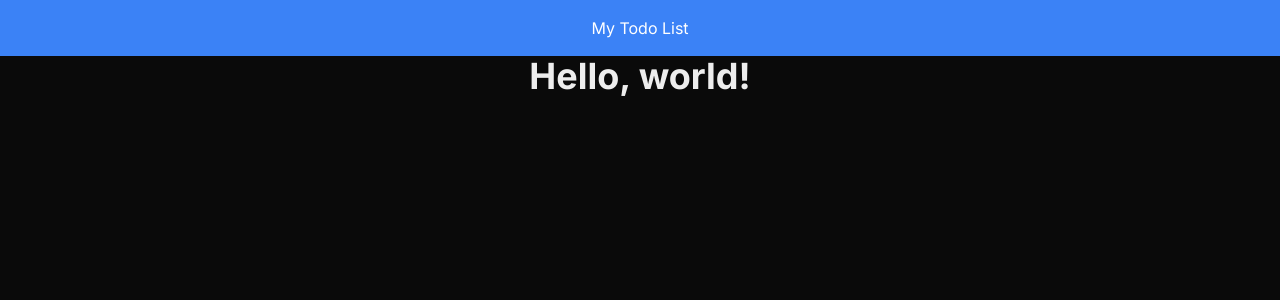
Repository: SergioAcostaTer/playas-canarias
Page: /
An editor plug-in stored every save of this project. The page is shown before and after the next save, followed by the edit.
The browser window is 1280 px wide. The pictures show the whole page.
The project was rebuilt for these pictures with package versions that can differ from the ones it lists, and the page was loaded fresh each time. The framework's server and built-in components were replaced by stand-ins that run in the browser. Also part of the build but not shown: next.config.ts.

Above is the page before, as saved 2025-01-29 11:01:54.

### src/app/layout.tsx
import type { Metadata } from "next";
import { Inter } from "next/font/google";
import "./globals.css";

const inter = Inter({
  variable: "--font-inter",
  subsets: ["latin"],
});

export const metadata: Metadata = {
  title: "Playas Canarias - Mapa de Playas con Valoraciones y Servicios",
  description:
    "Descubre todas las playas de Canarias con nuestro mapa interactivo. Consulta valoraciones, accesibilidad y servicios en cada playa.",
  applicationName: "Playas Canarias",
  keywords: [
    "playas Canarias",
    "mapa de playas",
    "playas España",
    "mejores playas Canarias",
    "playas accesibles",
    "turismo en Canarias",
    "valoraciones playas",
    "playas con bandera azul",
    "surf en Canarias",
    "vacaciones en Canarias",
  ],
  authors: [{ name: "Playas Canarias", url: "https://playas.canarycode.es" }],
  openGraph: {
    title: "Playas Canarias - Encuentra Tu Playa Perfecta",
    description:
      "Explora todas las playas de Canarias con nuestro mapa interactivo. Consulta valoraciones, accesibilidad y servicios en cada playa.",
    url: "https://playas.canarycode.es",
    siteName: "Playas Canarias",
    images: [
      {
        url: "https://playas.canarycode.es/og-image.jpg",
        width: 1200,
        height: 630,
        alt: "Playas Canarias - Mapa Interactivo",
      },
    ],
    locale: "es_ES",
    type: "website",
  },
  twitter: {
    card: "summary_large_image",
    title: "Playas Canarias - Encuentra Tu Playa Perfecta",
    description:
      "Explora todas las playas de Canarias con nuestro mapa interactivo. Consulta valoraciones, accesibilidad y servicios en cada playa.",
    site: "@playascanarias",
    creator: "@playascanarias",
    images: ["https://playas.canarycode.es/og-image.jpg"],
  },
  icons: {
    icon: "/favicon.ico",
    apple: "/apple-touch-icon.png",
  },
  manifest: "/site.webmanifest",
  alternates: {
    canonical: "https://playas.canarycode.es",
  },
  robots: {
    index: true,
    follow: true,
  },
};

export default function RootLayout({
  children,
}: Readonly<{
  children: React.ReactNode;
}>) {
  return (
    <html lang="es">
      <body className={`${inter.className} font-inter antialiased`}>
        {children}
      </body>
    </html>
  );
}

### src/app/page.tsx
import { Header } from "@/components/Header";

export default function Home() {
  return (
    <div>
      <Header />
      <h1 className="text-4xl font-bold text-center">Hello, world!</h1>

    </div>
  );
}

### src/app/globals.css
@tailwind base;
@tailwind components;
@tailwind utilities;

:root {
  --background: #ffffff;
  --foreground: #171717;
  --primary: #f59e0b;
}

@media (prefers-color-scheme: light) {
  :root {
    --background: #0a0a0a;
    --foreground: #ededed;
  }
}

body {
  color: var(--foreground);
  background: var(--background);
  font-family: Arial, Helvetica, sans-serif;
}

### src/components/Header.tsx
const Header = () => {
  return (
    <header className="bg-blue-500 text-white text-center p-4">
      <h1>My Todo List</h1>
    </header>
  );
};

export { Header };

Loaded but not shown: tailwind.config.ts (common file)

After the next save:
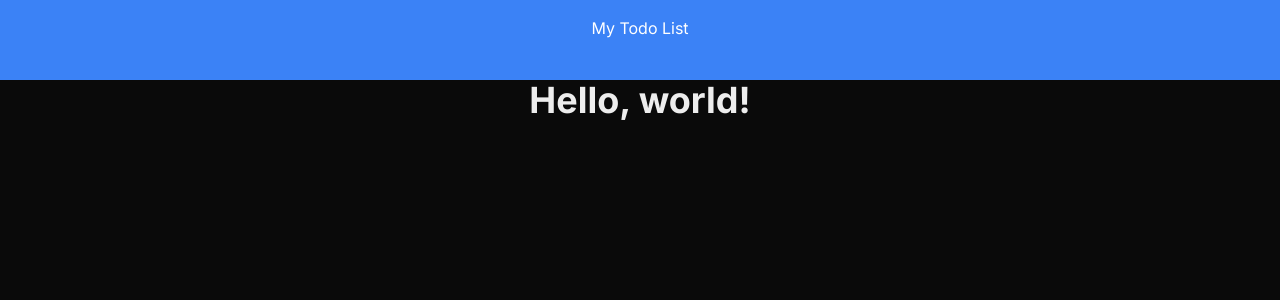
Saved 20 s later.
--- a/src/components/Header.tsx
+++ b/src/components/Header.tsx
@@ -1,6 +1,6 @@
 const Header = () => {
   return (
-    <header className="bg-blue-500 text-white text-center p-4">
+    <header className="bg-blue-500 text-white text-center p-4 h-20">
       <h1>My Todo List</h1>
     </header>
   );
